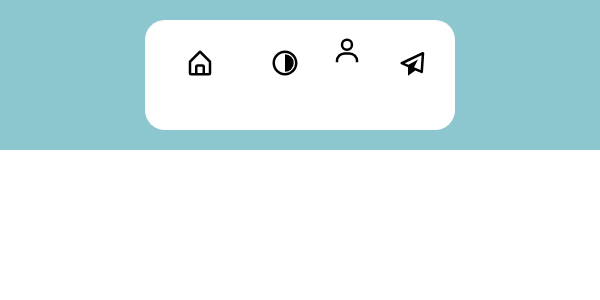
Repository: lethinh2003/pokemon_reactjs
Page: /
These files come from the project's save history. The page is drawn as it stood at one moment and after the next save; the edit follows.
The browser window is 600 px wide. The pictures show the whole page.
The page's requests for data from a server got no answer. The project was rebuilt for these pictures with package versions that can differ from the ones it lists, and the page was loaded fresh each time. A package was used in the major version that the imports need, not the one package.json lists. No one was signed in, and anything a server would have sent is missing. Also part of the build but not shown: src/App.css, src/view/Pokemon.scss, src/styles/pokemonDetail.scss, src/view/PokemonDetail.jsx.

Above is the page before, as saved 2021-11-28 12:28:00.

After the next save:
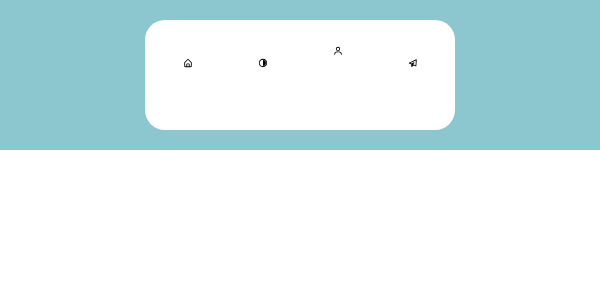
Saved 72 s later.
--- a/src/styles/nav.scss
+++ b/src/styles/nav.scss
@@ -46,5 +46,10 @@ a {
   .navigation {
     width: 300px;
     padding: 5px;
+    & .home {
+      width: 50px;
+
+      font-size: 10px;
+    }
   }
 }
